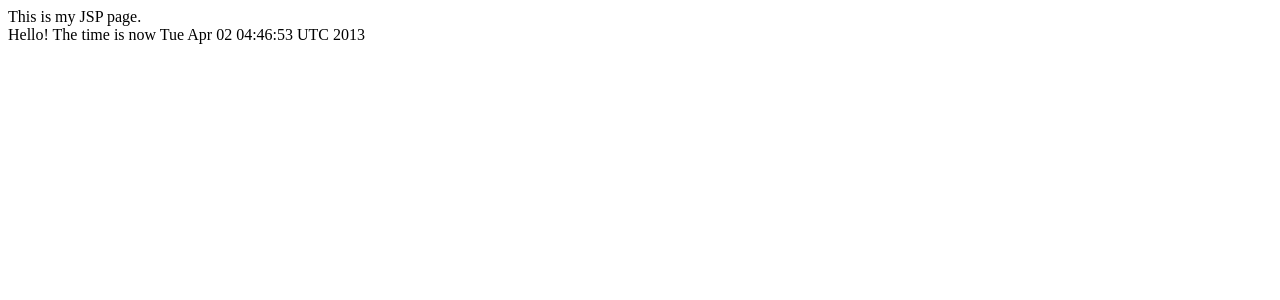
Repository: fighteriris/504_FinalPro_P2P
Page: http://localhost/searchtest/
The author's editor kept a copy of each file at every save. The page is drawn from the files as they stood at one save, then again after the next save.
The browser window is 1280 px wide. The pictures show the whole page.
The page is served by Tomcat 9.

Above is the page before, as saved 2013-04-02 04:56:24.

### searchtest/WebRoot/index.jsp
<%@ page language="java" import="java.util.*" pageEncoding="ISO-8859-1"%>
<%
String path = request.getContextPath();
String basePath = request.getScheme()+"://"+request.getServerName()+":"+request.getServerPort()+path+"/";
%>

<!DOCTYPE HTML PUBLIC "-//W3C//DTD HTML 4.01 Transitional//EN">
<html>
  <head>
    <base href="<%=basePath%>">

    <title>My JSP 'index.jsp' starting page</title>
	<meta http-equiv="pragma" content="no-cache">
	<meta http-equiv="cache-control" content="no-cache">
	<meta http-equiv="expires" content="0">
	<meta http-equiv="keywords" content="keyword1,keyword2,keyword3">
	<meta http-equiv="description" content="This is my page">
	<!--
	<link rel="stylesheet" type="text/css" href="styles.css">
	-->
  </head>

  <body>
    This is my JSP page. <br>
    Hello!  The time is now <%= new java.util.Date() %>
    <a:input type="textbox" />
  </body>
</html>

After the next save:
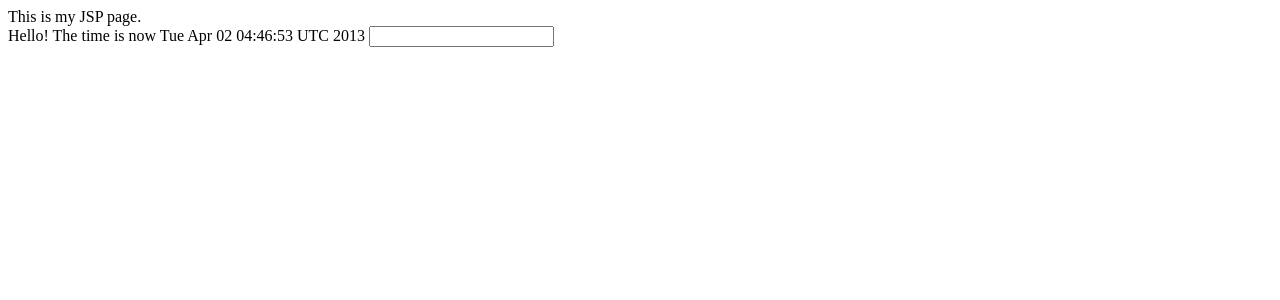
Saved 31 s later.
--- a/searchtest/WebRoot/index.jsp
+++ b/searchtest/WebRoot/index.jsp
@@ -23,6 +23,6 @@ String basePath = request.getScheme()+"://"+request.getServerName()+":"+request.
   <body>
     This is my JSP page. <br>
     Hello!  The time is now <%= new java.util.Date() %>
-    <a:input type="textbox" />
+    <INPUT TYPE="TEXT" NAME="text1">
   </body>
 </html>
